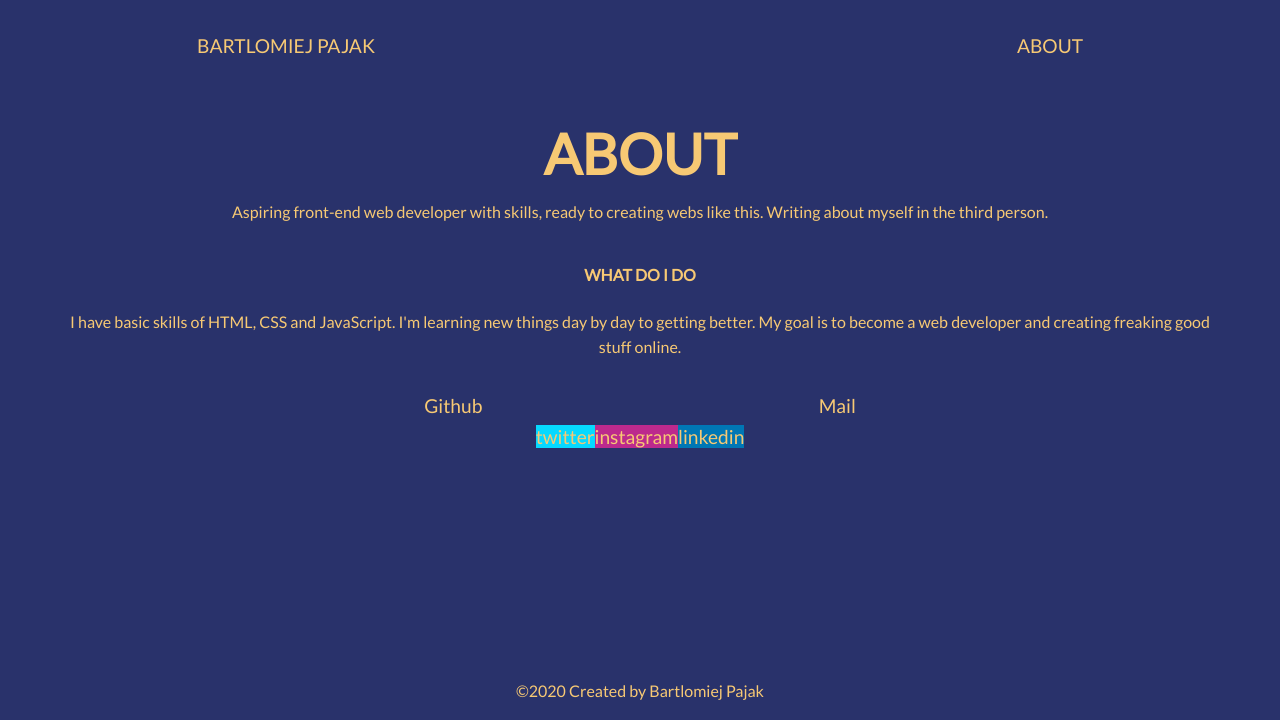
Repository: spidero7/personal-site
Page: about.html
These files come from the project's save history. The page is drawn as it stood at one moment and after a run of saves; the edit follows.
The browser window is 1280 px wide. The pictures show the whole page.

Above is the page before, as saved 2020-04-16 23:20:54.

### about.html
<!DOCTYPE html>
<html>

    <head>
        <meta charset="utf-8">
        <title>Bartlomiej Pajak</title>
        <meta name="viewport" content="width=device-width, initial-scale=1">
        <link rel="stylesheet" href="css/normalize.css">
        <link href="https://fonts.googleapis.com/css2?family=Lato&display=swap" rel="stylesheet">
        <link rel="stylesheet" href="css/style.css">
        <link rel="stylesheet" href="css/flexbox.css">
    </head>

    <body>

        <div>
            <header class="main-header">
                <nav>
                    <ul class="main-nav">
                        <li><a href="index.html">Bartlomiej Pajak</a></li>
                        <li><a href="about.html">About</a></li>
                    </ul>
                </nav>
            </header>
        </div>

        <div class="about-container">

            <h1 class="about">About</h1>
            <p class="me">Aspiring front-end web developer with skills, ready to creating webs like this. Writing about myself in the third person.</p>
            <h4>What do I do</h4>
            <p>I have basic skills of HTML, CSS and JavaScript. I'm learning new things day by day to getting better. My goal is to become a web developer and creating freaking good stuff online.</p>

        </div>

        <div>
            <ul class="contact">
                <li><a href="#">Github</a></li>
                <li><a href="#">Mail</a></li>
            </ul>
        </div>

        <div>
            <ul class="social">
                <li><a target="_blank" href="#" class="twitter">twitter</a></li>
                <li><a target="_blank" href="#" class="instagram">instagram</a></li>
                <li><a target="_blank" href="#" class="linkedin">linkedin</a></li>
            </ul>
        </div>

        <footer class="main-footer">
            <span>&copy;2020 Created by Bartlomiej Pajak</span>
        </footer>

    </body>
</html>

### css/style.css
/* =================================
  Base Element Styles
==================================== */

* {
    box-sizing: border-box;
}

body {
    font-family: 'Lato', sans-serif;
    line-height: 1.6;
    color: #F7C974;
    margin: 0;
    background-color: #29326B;
}

h1 {
    text-transform: uppercase;
    text-align: center;
    display: block;
    font-size: 3.5em;
    margin-bottom: auto;

}

h4 {
    text-transform: uppercase;
    align-self: center;
}

ul {
    margin: 0;
    padding: 0;
    list-style: none;
}

a {
    text-decoration: none;
    color: #F7C974;
    font-weight: 500;
    font-size: 1.2em;

}

p {
    margin-top: 0;
}

/* =================================
  Base Layout Styles
==================================== */

/* ---- Navigation ---- */

.main-nav {
    margin-top: 5px;
}

.main-nav a {
    text-align: center;
    display: block;
    padding: 5px 5px;
    text-transform: uppercase;
    margin-top: 15px;
}

a:hover {
    color: rgb(212, 188, 144);
}

.target {
    text-align: center;
    display: block;
    font-weight: 500;
    font-size: 1.2em;
    margin-top: 10px;;
}


/* ---- Layout Containers ---- */

.main-header {
    padding-top: .35em;
    padding-bottom: .35em;
}

.container {
    padding: 1em 0;
    width: 80%;
    margin: 0 auto;
}

.main-footer {
    padding: 1em 0;
    margin-top: 30px;
    text-align: center;
}

.about-container {
    width: 90%;
    margin: 0 auto;
    text-align: center;
}

.contact {
    margin: 15px auto 0 auto;
    width: 60%;
}

/* =================================
    Social
==================================== */

.s

.social a{
    display: inline-block;
    border-radius: 50%;
    margin: 0 16px;
    width: 16px;
    height: 16px;
    overflow: hidden;
    white-space: nowrap;
    text-indent: 99em;
    transition: .2s;
}

.social a:hover {
    width: 20px;
    height: 20px;
}

.twitter {
    background-color: #06d9ff;
}

.instagram {
    background-color: #bc2a8d;
}

.linkedin {
    background-color: #0077B5;
}

/* =================================
  Media Queries
==================================== */


@media (min-width: 769px) {
    .main-header,
    .main-footer,
    .container  {
        width: 80%;
        margin: 0 auto;
    }

    .position {
        font-size: 4.5em;
    }

    .target {
        font-size: 1.4em;
    }

}

@media (min-width: 1025px) {
    .container{
        width: 60%;
        max-width: 810px;
    }
}

@media (min-width: 1025px) {
    .main-header {
        width: 70%;
    }
}

### css/flexbox.css
/* =================================
  Base Styles
==================================== */

body {
    display: flex;
    flex-direction: column;
    min-height: 100vh;
}

.main-footer {
    margin-top: auto;
}

.about-container {
    display: flex;
    flex-direction: column;
    align-items: center;
}

.contact {
    display: flex;
    justify-content: space-around;
    margin: 15px auto 0 auto;
}

.social {
    display: flex;
    justify-content: center;
}

/* =================================
  Media Queries
==================================== */

@media (min-width: 769px) {
    .main-nav {
        display: flex;
        flex-direction: row;
        justify-content: space-between;
    }

    .container {
        margin-top: 50px;
    }

}

Loaded but not shown: css/normalize.css (library)

After the next 4 saves:
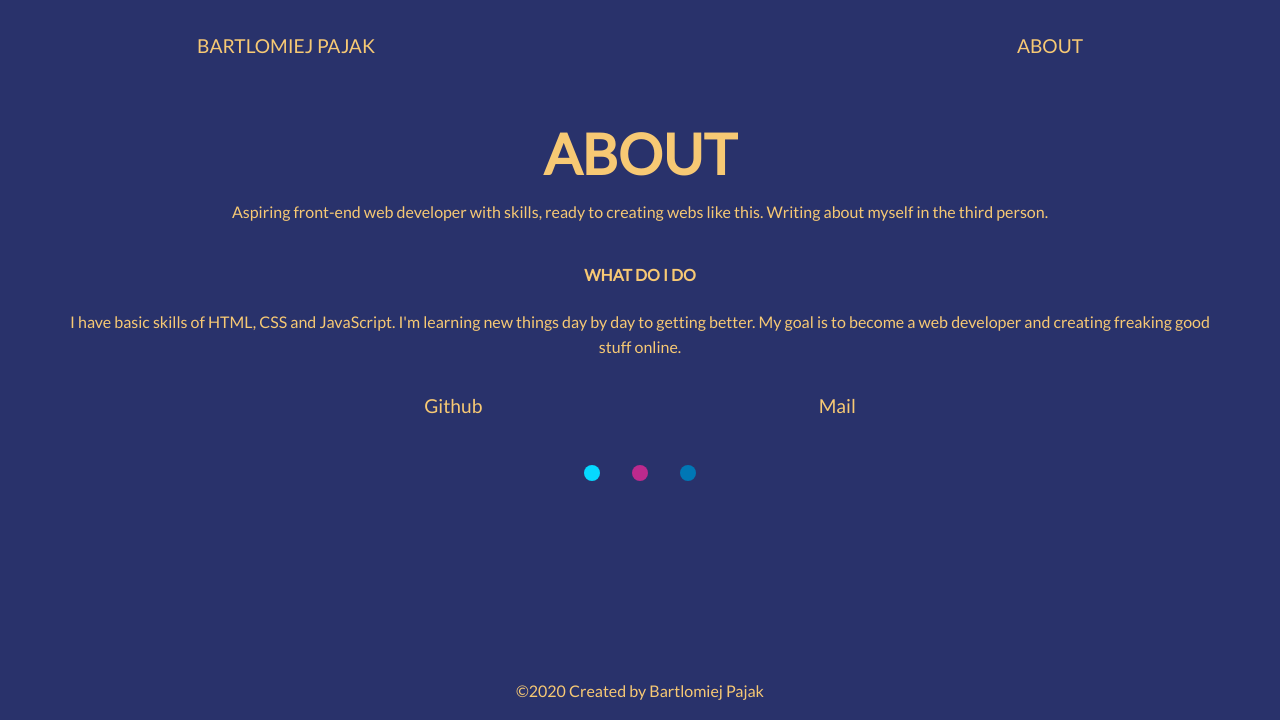
The 4 saves are shown as one change because they came seconds apart.
The last was saved 9 s later.
--- a/css/style.css
+++ b/css/style.css
@@ -111,7 +111,9 @@ a:hover {
     Social
 ==================================== */
 
-.s
+.social {
+    margin-top: 40px;
+}
 
 .social a{
     display: inline-block;
